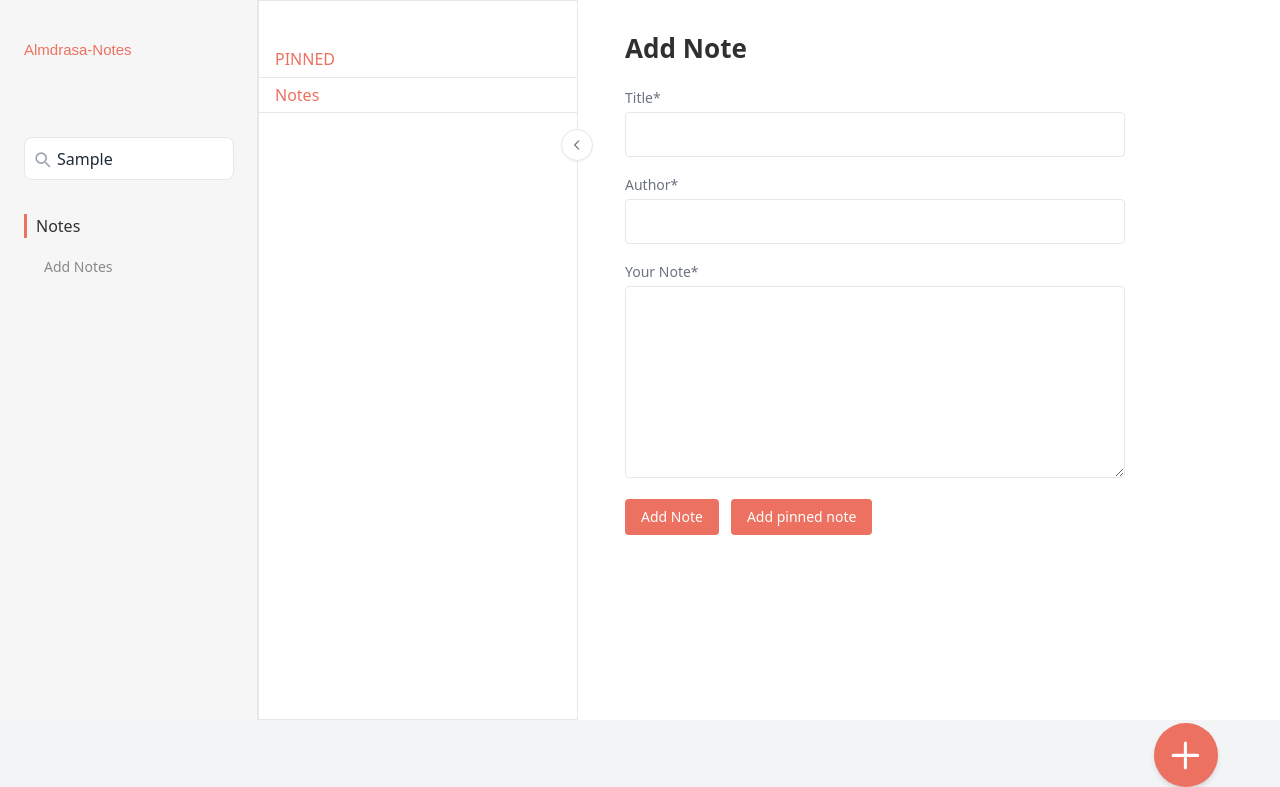
Repository: wafaa399/Note-App
Page: index.html
The author's editor kept a copy of each file at every save. The page is drawn from the files as they stood at one save, then again after the next save.
The browser window is 1280 px wide. The pictures show the whole page.
Empty fields were first filled with sample values (such as "Sample", 5 or name@example.com).
After loading, the first visible `#addNoteFab` was clicked once.
Some web fonts or font styles are not loaded; a fallback is used. Some web libraries are served in a nearby version.

Above is the page before, as saved 2026-07-20 02:43:12.

After the next save:
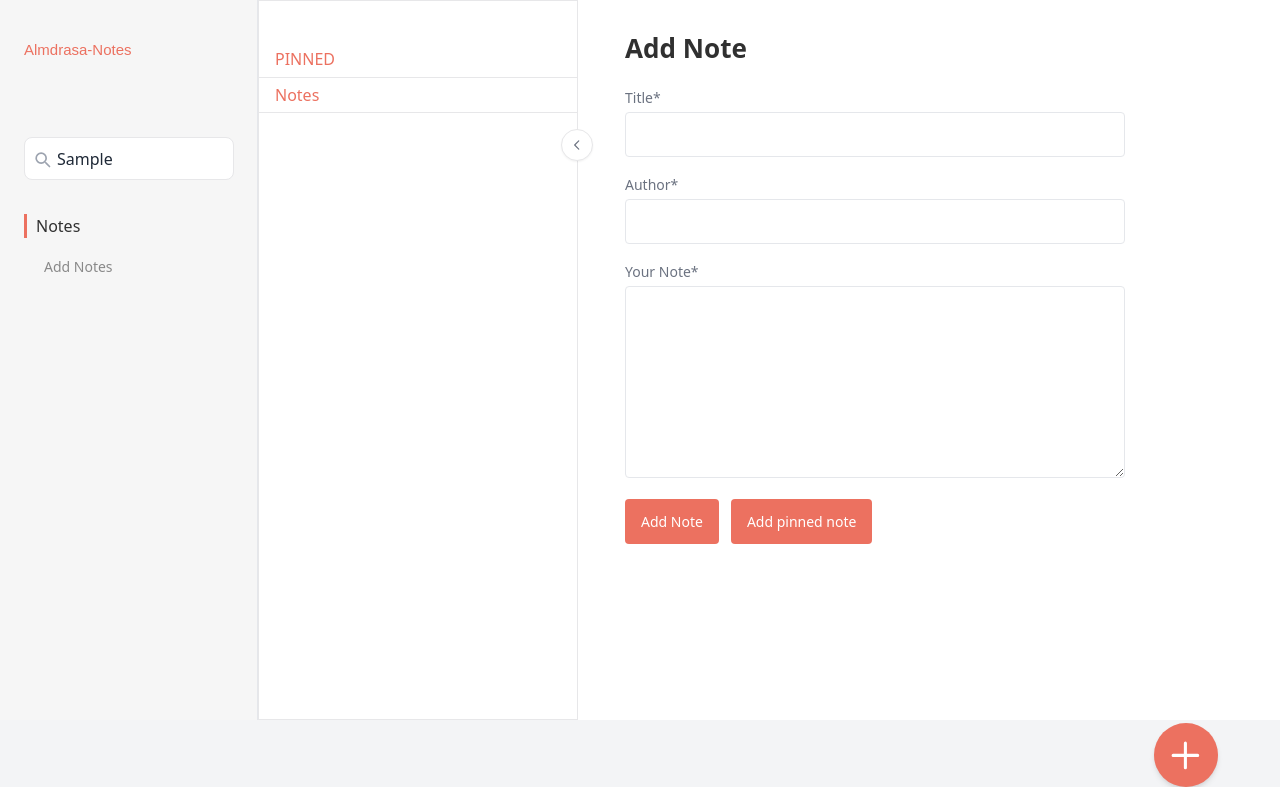
Saved 2 min 2 s later.
--- a/src/views/detailsView.js
+++ b/src/views/detailsView.js
@@ -32,7 +32,7 @@ export function renderAddNoteForm({ onSubmit }) {
         <textarea id="noteContent" rows="6" class="w-[31.25rem] h-[12rem] border border-gray-200 rounded px-3 py-2 outline-none focus:ring-1 focus:ring-red-400"></textarea>
       </div>
       <div class="flex gap-3">
-        <button id="addNoteBtn" class="bg-[#EC7160] text-white px-4 py-2 rounded hover:bg-[#e05f4d]">Add Note</button>
+        <button id="addNoteBtn" class="[9rem] h-[2.8125rem] bg-[#EC7160] text-white px-4 py-2 rounded hover:bg-[#e05f4d]">Add Note</button>
         <button id="addPinnedBtn" class="bg-[#EC7160] text-white  px-4 py-2 rounded hover:bg-[#e05f4d]">Add pinned note</button>
       </div>
     </div>
